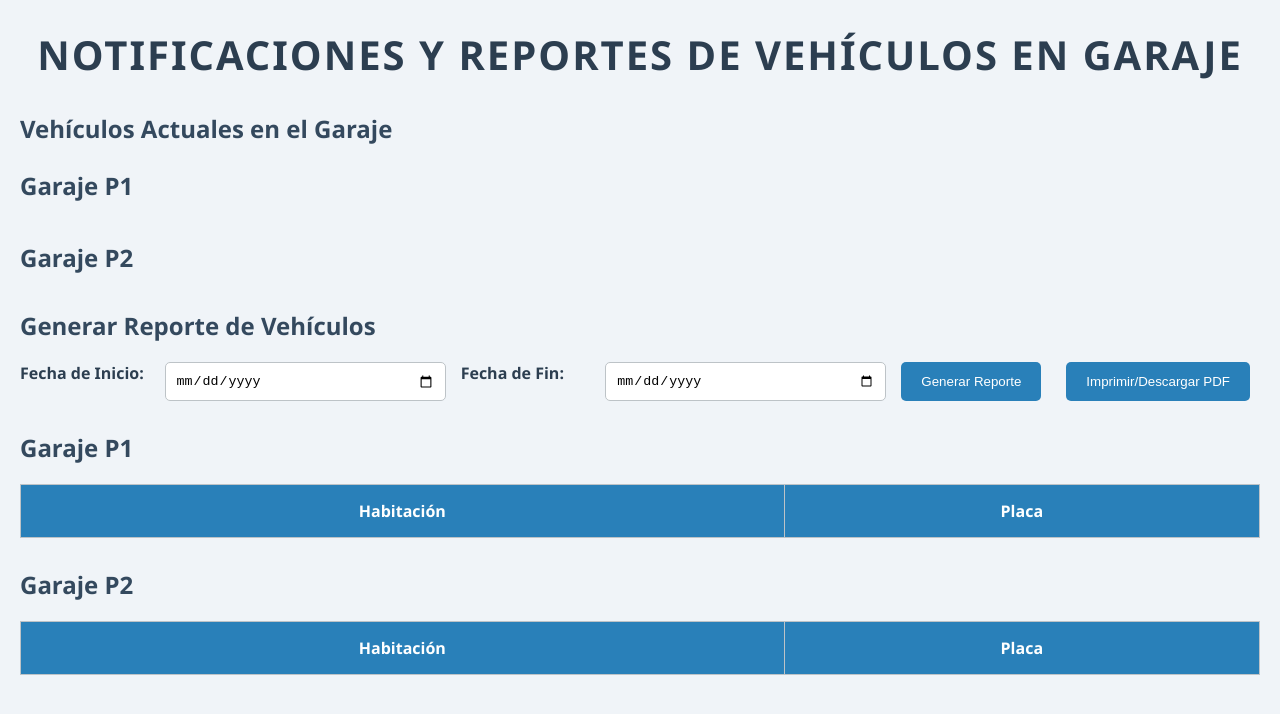
Repository: EddyWebz/REPOSITORIO-BASE-DATOS
Page: privado/report.html
An editor plug-in stored every save of this project. The page is shown before and after the next save, followed by the edit.
The browser window is 1280 px wide. The pictures show the whole page.
The page's requests for data from a server got no answer.

Above is the page before, as saved 2024-08-15 11:37:12.

### privado/report.html
<!DOCTYPE html>
<html lang="es">
<head>
    <meta charset="UTF-8">
    <meta name="viewport" content="width=device-width, initial-scale=1.0">
    <title>Notificaciones y Reportes de Vehículos</title>
    <!-- Vinculación al archivo CSS de notificaciones -->
    <link rel="stylesheet" href="/notif.css">
</head>
<body>
    <!-- Encabezado de la página -->
    <header>
        <h1>Notificaciones y Reportes de Vehículos en Garaje</h1>
    </header>

    <!-- Sección de Notificaciones Activas -->
    <section id="notificaciones">
        <h2>Vehículos Actuales en el Garaje</h2>
        <h3>Garaje P1</h3>
        <div id="notificaciones-contenedor-P1">
            <!-- Las notificaciones dinámicas de P1 se insertarán aquí -->
        </div>
        <h3>Garaje P2</h3>
        <div id="notificaciones-contenedor-P2">
            <!-- Las notificaciones dinámicas de P2 se insertarán aquí -->
        </div>
    </section>

    <!-- Sección de Reportes -->
    <section id="reportes">
        <h2>Generar Reporte de Vehículos</h2>
        <form id="form-reporte">
            <label for="fecha-inicio">Fecha de Inicio:</label>
            <input type="date" id="fecha-inicio" name="fecha-inicio" required>

            <label for="fecha-fin">Fecha de Fin:</label>
            <input type="date" id="fecha-fin" name="fecha-fin" required>

            <button type="submit">Generar Reporte</button>
            <!-- Botón de Imprimir -->
    <button type="button" id="btn-imprimir">Imprimir/Descargar PDF</button>
        </form>

        <h3>Garaje P1</h3>
        <table id="tabla-reporte-P1">
            <thead>
                <tr>
                    <th>Habitación</th>
                    <th>Placa</th>
                </tr>
            </thead>
            <tbody>
                <!-- Las filas de datos se insertarán dinámicamente aquí -->
            </tbody>
        </table>

        <h3>Garaje P2</h3>
        <table id="tabla-reporte-P2">
            <thead>
                <tr>
                    <th>Habitación</th>
                    <th>Placa</th>
                </tr>
            </thead>
            <tbody>
                <!-- Las filas de datos se insertarán dinámicamente aquí -->
            </tbody>
        </table>
    </section>

    <!-- Vinculación al archivo JavaScript de notificaciones y reportes -->
    <script src="/report.js"></script>
</body>
</html>

### BASE-2/notif.css
/* Estilos Generales */
body {
    font-family: 'Segoe UI', Tahoma, Geneva, Verdana, sans-serif;
    background-color: #f0f4f8;
    color: #333;
    margin: 20px;
    padding: 0;
    box-sizing: border-box;
}

/* Encabezado */
header h1 {
    text-align: center;
    color: #2c3e50;
    font-size: 2.5em;
    margin-bottom: 30px;
    text-transform: uppercase;
    letter-spacing: 2px;
    animation: fadeIn 1.5s ease-in-out;
}

/* Sección de Notificaciones */
#notificaciones h2, #notificaciones h3 {
    color: #34495e;
    margin-bottom: 15px;
    font-size: 1.5em;
    animation: fadeIn 1.5s ease-in-out;
}

#notificaciones-contenedor-P1, #notificaciones-contenedor-P2 {
    display: flex;
    flex-wrap: wrap;
    gap: 20px;
    animation: slideInUp 0.8s ease-in-out;
}

.notificacion {
    background-color: #ffffff;
    border-left: 5px solid #2980b9;
    padding: 15px 20px;
    box-shadow: 0 4px 6px rgba(0, 0, 0, 0.1);
    border-radius: 8px;
    width: calc(33.333% - 20px);
    transition: transform 0.3s ease, box-shadow 0.3s ease;
    cursor: pointer;
}

.notificacion:hover {
    transform: translateY(-5px);
    box-shadow: 0 8px 12px rgba(0, 0, 0, 0.2);
}

/* Sección de Reportes */
#reportes h2, #reportes h3 {
    color: #34495e;
    margin-bottom: 20px;
    font-size: 1.5em;
    animation: fadeIn 1.5s ease-in-out;
}

#form-reporte {
    display: flex;
    flex-wrap: wrap;
    gap: 15px;
    margin-bottom: 30px;
}

#form-reporte label {
    font-weight: bold;
    color: #2c3e50;
    flex: 1;
    min-width: 100px;
}

#form-reporte input {
    padding: 10px;
    border-radius: 5px;
    border: 1px solid #bdc3c7;
    flex: 2;
    min-width: 200px;
}

#form-reporte button {
    padding: 10px 20px;
    background-color: #2980b9;
    color: #ffffff;
    border: none;
    border-radius: 5px;
    cursor: pointer;
    transition: background-color 0.3s ease, transform 0.3s ease;
    margin-right: 10px; /* Espacio entre botones */
}

#form-reporte button:hover {
    background-color: #3498db;
    transform: translateY(-3px);
}

/* Tablas de Reportes */
#tabla-reporte-P1, #tabla-reporte-P2 {
    width: 100%;
    border-collapse: collapse;
    margin-bottom: 30px;
    animation: fadeIn 1.5s ease-in-out;
}

#tabla-reporte-P1 th, #tabla-reporte-P1 td,
#tabla-reporte-P2 th, #tabla-reporte-P2 td {
    border: 1px solid #bdc3c7;
    padding: 15px;
    text-align: center;
    background-color: #ecf0f1;
    color: #2c3e50;
    transition: background-color 0.3s ease;
}

#tabla-reporte-P1 th, #tabla-reporte-P2 th {
    background-color: #2980b9;
    color: white;
}

#tabla-reporte-P1 tr:nth-child(even), #tabla-reporte-P2 tr:nth-child(even) {
    background-color: #f7f9f9;
}

#tabla-reporte-P1 tr:hover, #tabla-reporte-P2 tr:hover {
    background-color: #e1ecf4;
}

/* Animaciones */
@keyframes fadeIn {
    0% { opacity: 0; }
    100% { opacity: 1; }
}

@keyframes slideInUp {
    0% {
        transform: translateY(30px);
        opacity: 0;
    }
    100% {
        transform: translateY(0);
        opacity: 1;
    }
}

/* Estilos para los botones en el formulario */
#form-reporte button {
    padding: 10px 20px;
    background-color: #2980b9;
    color: #ffffff;
    border: none;
    border-radius: 5px;
    cursor: pointer;
    transition: background-color 0.3s ease, transform 0.3s ease;
    margin-right: 10px; /* Espacio entre botones */
}

#form-reporte button:hover {
    background-color: #3498db;
    transform: translateY(-3px);
}

/* Estilos específicos para impresión */
@media print {
    body {
        background-color: white; /* Asegura un fondo blanco para la impresión */
        color: black; /* Asegura que el texto sea negro */
    }

    #reportes h2, #reportes h3 {
        color: black; /* Asegura que los títulos sean visibles */
    }

    #reportes table {
        width: 100%;
        border-collapse: collapse;
    }

    #reportes th, #reportes td {
        border: 1px solid #000; /* Asegura que las líneas de la tabla sean visibles */
        padding: 8px;
        text-align: center;
        background-color: white; /* Fondo blanco para asegurar visibilidad */
        color: black; /* Texto negro para asegurar visibilidad */
    }

    #reportes th {
        background-color: #ddd; /* Fondo gris para los encabezados de tabla */
        color: black; /* Asegura que el texto sea visible */
    }

    #reportes td {
        color: black; /* Asegura que el texto sea visible */
    }

    /* Ocultar elementos no necesarios en la impresión */
    button, #form-reporte {
        display: none;
    }

    /* Ocultar la sección de notificaciones en la impresión */
    #notificaciones {
        display: none;
    }

    /* Asegurar que las tablas no se dividan entre páginas */
    #reportes {
        page-break-inside: avoid;
    }
}

### BASE-2/report.js
document.addEventListener('DOMContentLoaded', () => {
    actualizarNotificaciones();
    generarReporteAutomatico(); // Generar el reporte automáticamente al cargar la página
    configurarFormularioReporte(); // Mantener la funcionalidad manual del reporte

    // Configurar auto-actualización cada 5 minutos para notificaciones y reporte
    setInterval(actualizarNotificaciones, 5 * 60 * 1000);
    setInterval(generarReporteAutomatico, 5 * 60 * 1000);


// Función para obtener y actualizar las notificaciones activas
function actualizarNotificaciones() {
    fetch('/api/notas/notificaciones')
        .then(response => response.json())
        .then(data => {
            console.log('Notificaciones recibidas:', data); // Para depuración

            const contenedorP1 = document.getElementById('notificaciones-contenedor-P1');
            const contenedorP2 = document.getElementById('notificaciones-contenedor-P2');
            contenedorP1.innerHTML = ''; // Limpiar contenido previo
            contenedorP2.innerHTML = ''; // Limpiar contenido previo

            data.P1.forEach(notificacion => {
                const div = document.createElement('div');
                div.classList.add('notificacion');
                div.innerHTML = `<p><strong>Habitación:</strong> ${notificacion.habitacion} <strong>Placa:</strong> ${notificacion.plate}</p>`;
                contenedorP1.appendChild(div);
            });

            data.P2.forEach(notificacion => {
                const div = document.createElement('div');
                div.classList.add('notificacion');
                div.innerHTML = `<p><strong>Habitación:</strong> ${notificacion.habitacion} <strong>Placa:</strong> ${notificacion.plate}</p>`;
                contenedorP2.appendChild(div);
            });
        })
        .catch(error => console.error('Error al obtener notificaciones:', error));
}

// Función para generar y actualizar el reporte automático de vehículos en garaje
function generarReporteAutomatico() {
    fetch('/api/notas/reportes')
        .then(response => response.json())
        .then(data => {
            console.log('Datos del reporte recibidos:', data); // Para depuración

            const tbodyP1 = document.getElementById('tabla-reporte-P1').querySelector('tbody');
            const tbodyP2 = document.getElementById('tabla-reporte-P2').querySelector('tbody');
            tbodyP1.innerHTML = ''; // Limpiar contenido previo
            tbodyP2.innerHTML = ''; // Limpiar contenido previo

            data.P1.forEach(registro => {
                const tr = document.createElement('tr');
                tr.innerHTML = `<td>${registro.habitacion}</td><td>${registro.plate}</td>`;
                tbodyP1.appendChild(tr);
            });

            data.P2.forEach(registro => {
                const tr = document.createElement('tr');
                tr.innerHTML = `<td>${registro.habitacion}</td><td>${registro.plate}</td>`;
                tbodyP2.appendChild(tr);
            });
        })
        .catch(error => console.error('Error al generar el reporte:', error));
}

// Función para configurar el formulario de generación de reportes manuales
function configurarFormularioReporte() {
    const form = document.getElementById('form-reporte');
    form.addEventListener('submit', (e) => {
        e.preventDefault();

        const fechaInicio = document.getElementById('fecha-inicio').value;
        const fechaFin = document.getElementById('fecha-fin').value;

        fetch(`/api/notas/reportes?fechaInicio=${fechaInicio}&fechaFin=${fechaFin}`)
            .then(response => response.json())
            .then(data => {
                console.log('Datos del reporte recibidos:', data); // Para depuración

                const tbodyP1 = document.getElementById('tabla-reporte-P1').querySelector('tbody');
                const tbodyP2 = document.getElementById('tabla-reporte-P2').querySelector('tbody');
                tbodyP1.innerHTML = ''; // Limpiar contenido previo
                tbodyP2.innerHTML = ''; // Limpiar contenido previo

                data.P1.forEach(registro => {
                    const tr = document.createElement('tr');
                    tr.innerHTML = `<td>${registro.habitacion}</td><td>${registro.plate}</td>`;
                    tbodyP1.appendChild(tr);
                });

                data.P2.forEach(registro => {
                    const tr = document.createElement('tr');
                    tr.innerHTML = `<td>${registro.habitacion}</td><td>${registro.plate}</td>`;
                    tbodyP2.appendChild(tr);
                });
            })
            .catch(error => console.error('Error al generar el reporte:', error));
    });
}


    // Configurar botón de impresión/descarga
    document.getElementById('btn-imprimir').addEventListener('click', imprimirReporte);
});

// Función para imprimir o descargar el reporte como PDF
function imprimirReporte() {
    // Verificar si la página ya ha sido recargada
    if (!window.location.hash) {
        window.location = window.location + '#imprimir';
        window.location.reload();
    } else {
        // Si ya ha sido recargada, procede a imprimir
        window.print();
    }
}

After the next save:
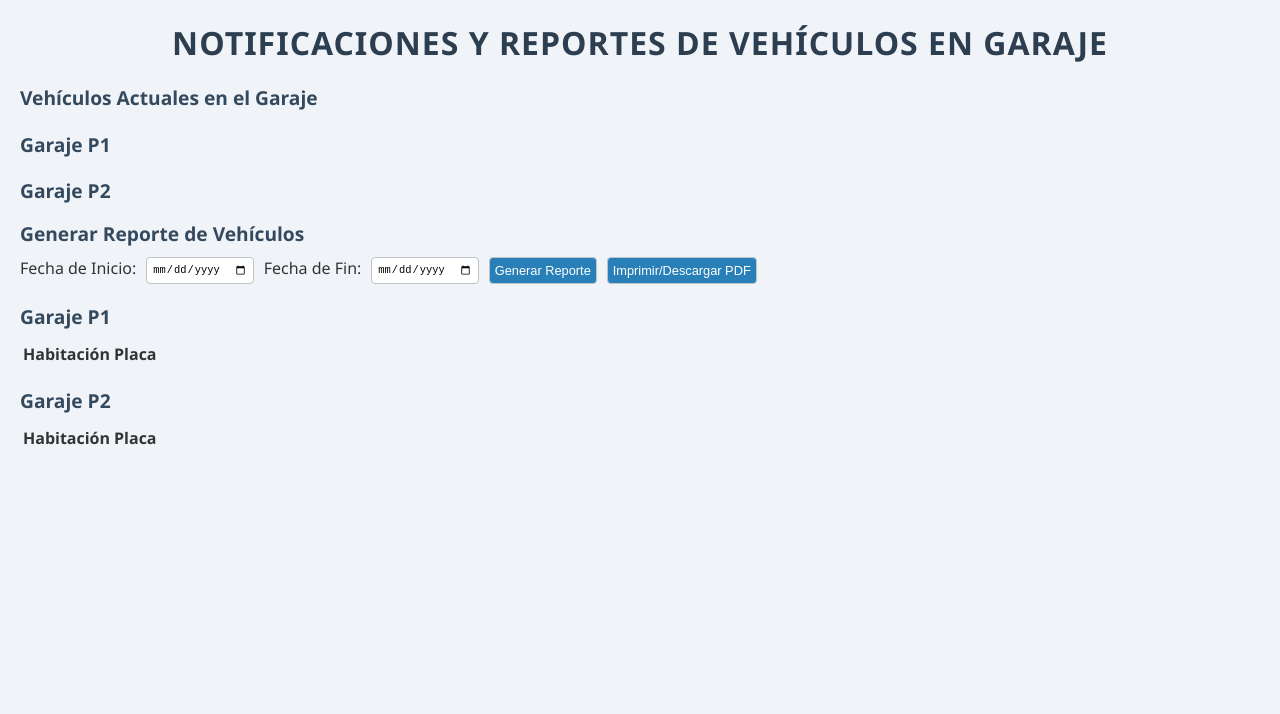
Saved 2 min 0 s later.
--- a/BASE-2/notif.css
+++ b/BASE-2/notif.css
@@ -12,118 +12,118 @@
 header h1 {
     text-align: center;
     color: #2c3e50;
-    font-size: 2.5em;
-    margin-bottom: 30px;
+    font-size: 2em;
+    margin-bottom: 20px;
     text-transform: uppercase;
-    letter-spacing: 2px;
-    animation: fadeIn 1.5s ease-in-out;
+    letter-spacing: 1px;
+    animation: fadeIn 1s ease-in-out;
 }
 
 /* Sección de Notificaciones */
 #notificaciones h2, #notificaciones h3 {
     color: #34495e;
-    margin-bottom: 15px;
-    font-size: 1.5em;
-    animation: fadeIn 1.5s ease-in-out;
+    margin-bottom: 10px;
+    font-size: 1.2em;
+    animation: fadeIn 1s ease-in-out;
 }
 
-#notificaciones-contenedor-P1, #notificaciones-contenedor-P2 {
+.garaje {
+    display: flex;
+    flex-direction: column;
+    margin-bottom: 10px;
+}
+
+.notificaciones-contenedor {
     display: flex;
     flex-wrap: wrap;
-    gap: 20px;
-    animation: slideInUp 0.8s ease-in-out;
+    gap: 5px;
+    animation: slideInUp 0.5s ease-in-out;
 }
 
 .notificacion {
     background-color: #ffffff;
-    border-left: 5px solid #2980b9;
-    padding: 15px 20px;
-    box-shadow: 0 4px 6px rgba(0, 0, 0, 0.1);
-    border-radius: 8px;
-    width: calc(33.333% - 20px);
+    border-left: 3px solid #2980b9;
+    padding: 5px;
+    box-shadow: 0 2px 4px rgba(0, 0, 0, 0.1);
+    border-radius: 4px;
+    width: calc(50% - 5px);  /* Ocupa la mitad del ancho disponible */
     transition: transform 0.3s ease, box-shadow 0.3s ease;
     cursor: pointer;
 }
 
 .notificacion:hover {
-    transform: translateY(-5px);
-    box-shadow: 0 8px 12px rgba(0, 0, 0, 0.2);
+    transform: translateY(-2px);
+    box-shadow: 0 4px 6px rgba(0, 0, 0, 0.15);
 }
 
 /* Sección de Reportes */
 #reportes h2, #reportes h3 {
     color: #34495e;
-    margin-bottom: 20px;
-    font-size: 1.5em;
-    animation: fadeIn 1.5s ease-in-out;
+    margin-bottom: 10px;
+    font-size: 1.2em;
+    animation: fadeIn 1s ease-in-out;
 }
 
 #form-reporte {
     display: flex;
     flex-wrap: wrap;
-    gap: 15px;
-    margin-bottom: 30px;
+    gap: 10px;
+    margin-bottom: 10px;
 }
 
-#form-reporte label {
-    font-weight: bold;
-    color: #2c3e50;
+.form-group {
+    display: flex;
+    flex-direction: column;
     flex: 1;
     min-width: 100px;
 }
 
-#form-reporte input {
-    padding: 10px;
-    border-radius: 5px;
+#form-reporte input, #form-reporte button {
+    padding: 5px;
+    border-radius: 4px;
     border: 1px solid #bdc3c7;
-    flex: 2;
-    min-width: 200px;
+    font-size: 0.8em;
 }
 
 #form-reporte button {
-    padding: 10px 20px;
     background-color: #2980b9;
     color: #ffffff;
-    border: none;
-    border-radius: 5px;
     cursor: pointer;
     transition: background-color 0.3s ease, transform 0.3s ease;
-    margin-right: 10px; /* Espacio entre botones */
 }
 
 #form-reporte button:hover {
     background-color: #3498db;
-    transform: translateY(-3px);
+    transform: translateY(-2px);
 }
 
 /* Tablas de Reportes */
-#tabla-reporte-P1, #tabla-reporte-P2 {
+.compact-table {
     width: 100%;
     border-collapse: collapse;
-    margin-bottom: 30px;
-    animation: fadeIn 1.5s ease-in-out;
+    margin-bottom: 10px;
+    font-size: 0.8em;
 }
 
-#tabla-reporte-P1 th, #tabla-reporte-P1 td,
-#tabla-reporte-P2 th, #tabla-reporte-P2 td {
+.compact-table th, .compact-table td {
     border: 1px solid #bdc3c7;
-    padding: 15px;
+    padding: 5px;
     text-align: center;
     background-color: #ecf0f1;
     color: #2c3e50;
     transition: background-color 0.3s ease;
 }
 
-#tabla-reporte-P1 th, #tabla-reporte-P2 th {
+.compact-table th {
     background-color: #2980b9;
     color: white;
 }
 
-#tabla-reporte-P1 tr:nth-child(even), #tabla-reporte-P2 tr:nth-child(even) {
+.compact-table tr:nth-child(even) {
     background-color: #f7f9f9;
 }
 
-#tabla-reporte-P1 tr:hover, #tabla-reporte-P2 tr:hover {
+.compact-table tr:hover {
     background-color: #e1ecf4;
 }
 
@@ -144,23 +144,6 @@
     }
 }
 
-/* Estilos para los botones en el formulario */
-#form-reporte button {
-    padding: 10px 20px;
-    background-color: #2980b9;
-    color: #ffffff;
-    border: none;
-    border-radius: 5px;
-    cursor: pointer;
-    transition: background-color 0.3s ease, transform 0.3s ease;
-    margin-right: 10px; /* Espacio entre botones */
-}
-
-#form-reporte button:hover {
-    background-color: #3498db;
-    transform: translateY(-3px);
-}
-
 /* Estilos específicos para impresión */
 @media print {
     body {
@@ -179,7 +162,7 @@
 
     #reportes th, #reportes td {
         border: 1px solid #000; /* Asegura que las líneas de la tabla sean visibles */
-        padding: 8px;
+        padding: 5px;
         text-align: center;
         background-color: white; /* Fondo blanco para asegurar visibilidad */
         color: black; /* Texto negro para asegurar visibilidad */

After the save that followed:
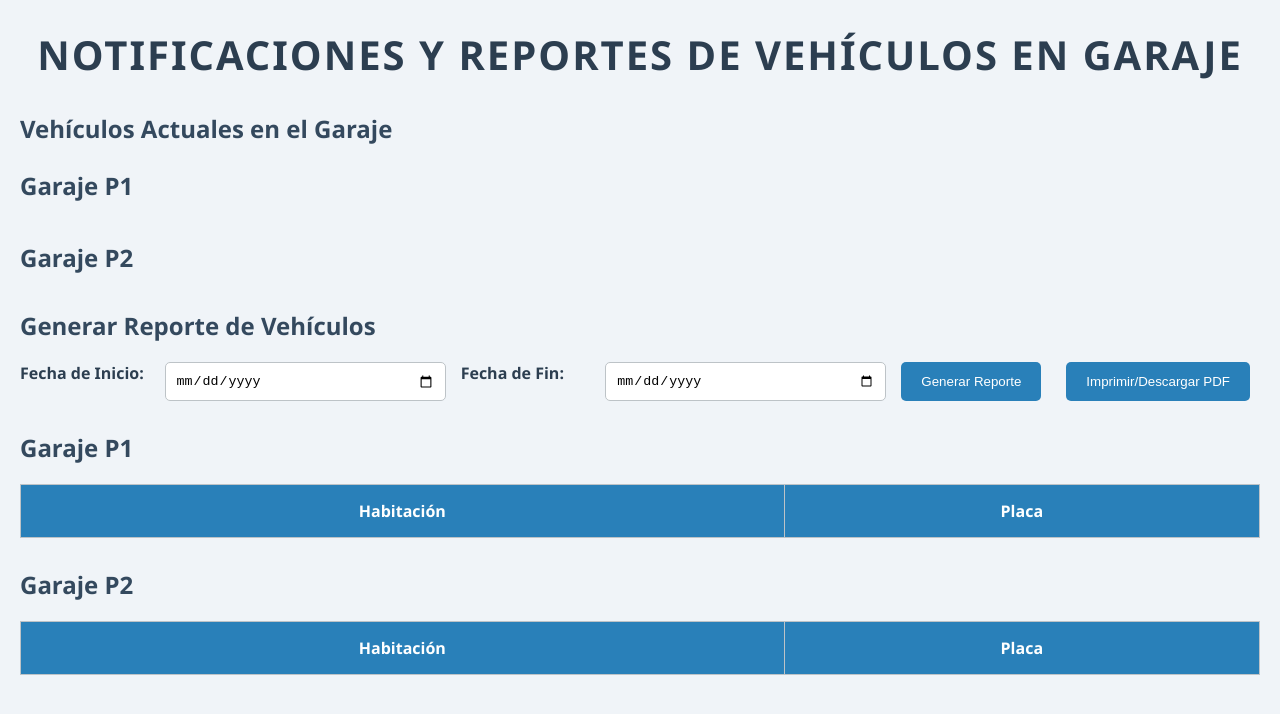
Saved 55 s later.
--- a/BASE-2/notif.css
+++ b/BASE-2/notif.css
@@ -12,118 +12,118 @@
 header h1 {
     text-align: center;
     color: #2c3e50;
-    font-size: 2em;
-    margin-bottom: 20px;
+    font-size: 2.5em;
+    margin-bottom: 30px;
     text-transform: uppercase;
-    letter-spacing: 1px;
-    animation: fadeIn 1s ease-in-out;
+    letter-spacing: 2px;
+    animation: fadeIn 1.5s ease-in-out;
 }
 
 /* Sección de Notificaciones */
 #notificaciones h2, #notificaciones h3 {
     color: #34495e;
-    margin-bottom: 10px;
-    font-size: 1.2em;
-    animation: fadeIn 1s ease-in-out;
-}
-
-.garaje {
-    display: flex;
-    flex-direction: column;
-    margin-bottom: 10px;
-}
-
-.notificaciones-contenedor {
+    margin-bottom: 15px;
+    font-size: 1.5em;
+    animation: fadeIn 1.5s ease-in-out;
+}
+
+#notificaciones-contenedor-P1, #notificaciones-contenedor-P2 {
     display: flex;
     flex-wrap: wrap;
-    gap: 5px;
-    animation: slideInUp 0.5s ease-in-out;
+    gap: 20px;
+    animation: slideInUp 0.8s ease-in-out;
 }
 
 .notificacion {
     background-color: #ffffff;
-    border-left: 3px solid #2980b9;
-    padding: 5px;
-    box-shadow: 0 2px 4px rgba(0, 0, 0, 0.1);
-    border-radius: 4px;
-    width: calc(50% - 5px);  /* Ocupa la mitad del ancho disponible */
+    border-left: 5px solid #2980b9;
+    padding: 15px 20px;
+    box-shadow: 0 4px 6px rgba(0, 0, 0, 0.1);
+    border-radius: 8px;
+    width: calc(33.333% - 20px);
     transition: transform 0.3s ease, box-shadow 0.3s ease;
     cursor: pointer;
 }
 
 .notificacion:hover {
-    transform: translateY(-2px);
-    box-shadow: 0 4px 6px rgba(0, 0, 0, 0.15);
+    transform: translateY(-5px);
+    box-shadow: 0 8px 12px rgba(0, 0, 0, 0.2);
 }
 
 /* Sección de Reportes */
 #reportes h2, #reportes h3 {
     color: #34495e;
-    margin-bottom: 10px;
-    font-size: 1.2em;
-    animation: fadeIn 1s ease-in-out;
+    margin-bottom: 20px;
+    font-size: 1.5em;
+    animation: fadeIn 1.5s ease-in-out;
 }
 
 #form-reporte {
     display: flex;
     flex-wrap: wrap;
-    gap: 10px;
-    margin-bottom: 10px;
-}
-
-.form-group {
-    display: flex;
-    flex-direction: column;
+    gap: 15px;
+    margin-bottom: 30px;
+}
+
+#form-reporte label {
+    font-weight: bold;
+    color: #2c3e50;
     flex: 1;
     min-width: 100px;
 }
 
-#form-reporte input, #form-reporte button {
-    padding: 5px;
-    border-radius: 4px;
+#form-reporte input {
+    padding: 10px;
+    border-radius: 5px;
     border: 1px solid #bdc3c7;
-    font-size: 0.8em;
+    flex: 2;
+    min-width: 200px;
 }
 
 #form-reporte button {
+    padding: 10px 20px;
     background-color: #2980b9;
     color: #ffffff;
+    border: none;
+    border-radius: 5px;
     cursor: pointer;
     transition: background-color 0.3s ease, transform 0.3s ease;
+    margin-right: 10px; /* Espacio entre botones */
 }
 
 #form-reporte button:hover {
     background-color: #3498db;
-    transform: translateY(-2px);
+    transform: translateY(-3px);
 }
 
 /* Tablas de Reportes */
-.compact-table {
+#tabla-reporte-P1, #tabla-reporte-P2 {
     width: 100%;
     border-collapse: collapse;
-    margin-bottom: 10px;
-    font-size: 0.8em;
-}
-
-.compact-table th, .compact-table td {
+    margin-bottom: 30px;
+    animation: fadeIn 1.5s ease-in-out;
+}
+
+#tabla-reporte-P1 th, #tabla-reporte-P1 td,
+#tabla-reporte-P2 th, #tabla-reporte-P2 td {
     border: 1px solid #bdc3c7;
-    padding: 5px;
+    padding: 15px;
     text-align: center;
     background-color: #ecf0f1;
     color: #2c3e50;
     transition: background-color 0.3s ease;
 }
 
-.compact-table th {
+#tabla-reporte-P1 th, #tabla-reporte-P2 th {
     background-color: #2980b9;
     color: white;
 }
 
-.compact-table tr:nth-child(even) {
+#tabla-reporte-P1 tr:nth-child(even), #tabla-reporte-P2 tr:nth-child(even) {
     background-color: #f7f9f9;
 }
 
-.compact-table tr:hover {
+#tabla-reporte-P1 tr:hover, #tabla-reporte-P2 tr:hover {
     background-color: #e1ecf4;
 }
 
@@ -142,6 +142,23 @@
         transform: translateY(0);
         opacity: 1;
     }
+}
+
+/* Estilos para los botones en el formulario */
+#form-reporte button {
+    padding: 10px 20px;
+    background-color: #2980b9;
+    color: #ffffff;
+    border: none;
+    border-radius: 5px;
+    cursor: pointer;
+    transition: background-color 0.3s ease, transform 0.3s ease;
+    margin-right: 10px; /* Espacio entre botones */
+}
+
+#form-reporte button:hover {
+    background-color: #3498db;
+    transform: translateY(-3px);
 }
 
 /* Estilos específicos para impresión */
@@ -162,7 +179,7 @@
 
     #reportes th, #reportes td {
         border: 1px solid #000; /* Asegura que las líneas de la tabla sean visibles */
-        padding: 5px;
+        padding: 8px;
         text-align: center;
         background-color: white; /* Fondo blanco para asegurar visibilidad */
         color: black; /* Texto negro para asegurar visibilidad */
